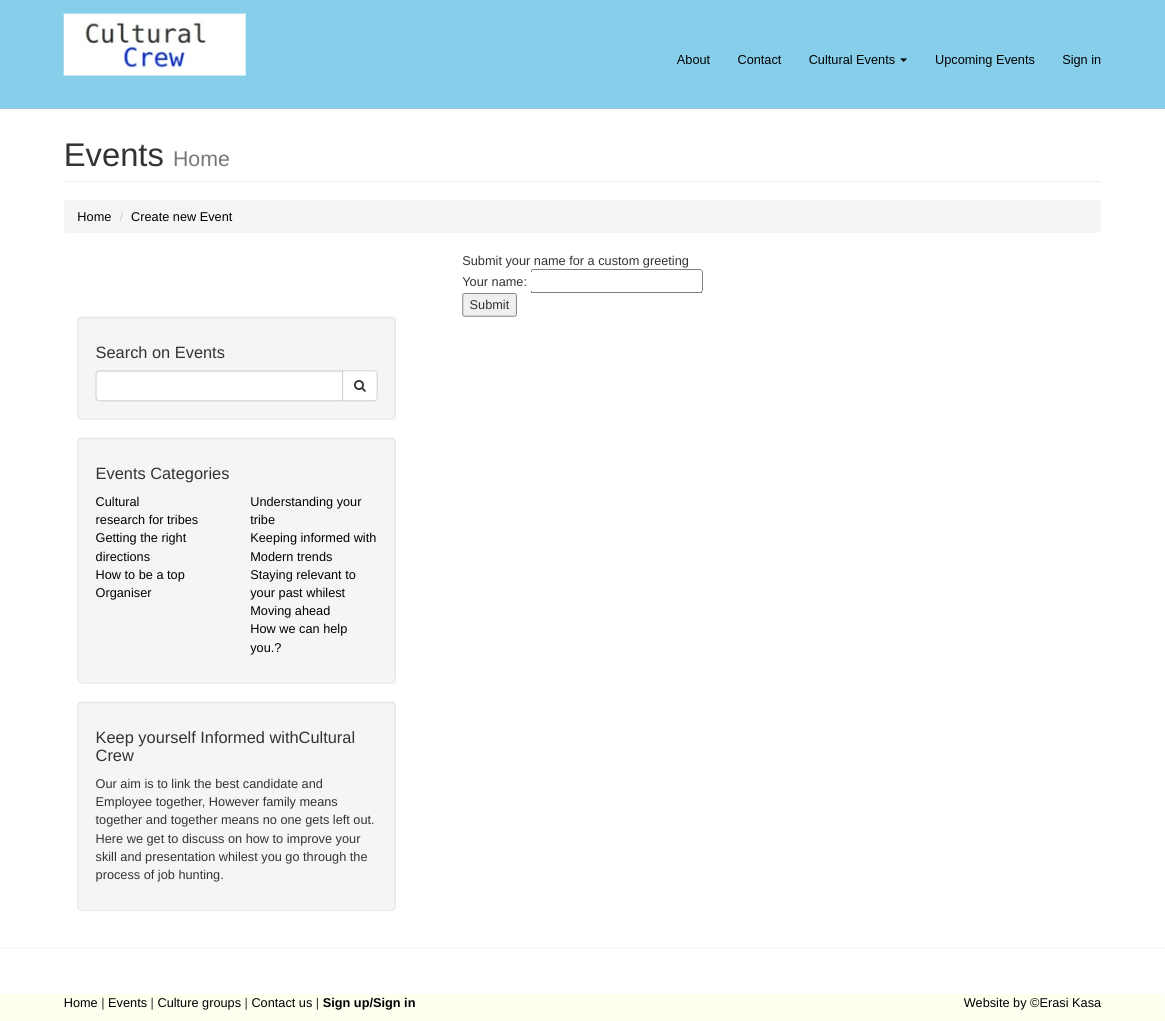
Repository: AriVarsi-Lean/CultEverepo
Page: http://localhost/OCBCDLessonWeb/helloworld/helloworld.jsp
An editor plug-in stored every save of this project. The page is shown before and after the next save, followed by the edit.
The browser window is 1280 px wide. The pictures show the whole page, at 91% of full size.
The page is served by Tomcat 9. Other server files are loaded and not shown. The template is opened directly, without the code that normally fills it, so the values that code supplies are empty.

Above is the page before, as saved 2016-09-07 08:51:07.

### OCBCDWorkspace/OCBCDLessonWeb/WebContent/helloworld/helloworld.jsp
<%@ page language="java" contentType="text/html; charset=UTF-8"
    pageEncoding="UTF-8"%>
<%@ taglib uri="http://java.sun.com/jsp/jstl/core" prefix="c" %>
<!DOCTYPE html>
<html lang="en">

<head>

    <meta charset="utf-8">
    <meta http-equiv="X-UA-Compatible" content="IE=edge">
    <meta name="viewport" content="width=device-width, initial-scale=1">
    <meta name="description" content="">
    <meta name="author" content="">

    <title>Cultural Crew Template</title>
    <link rel="icon" type="image/png" href="images/emergeicon.png" />
    <!-- Bootstrap Core CSS -->
    <link href="css/bootstrap.min.css" rel="stylesheet">

    <!-- Custom CSS -->
    <link href="css/modern-business.css" rel="stylesheet">

    <!-- Custom Fonts -->
    <link href="font-awesome/css/font-awesome.min.css" rel="stylesheet" type="text/css">

    <!-- HTML5 Shim and Respond.js IE8 support of HTML5 elements and media queries -->
    <!-- WARNING: Respond.js doesn't work if you view the page via file:// -->
    <!--[if lt IE 9]>
        <script src="https://oss.maxcdn.com/libs/html5shiv/3.7.0/html5shiv.js"></script>
        <script src="https://oss.maxcdn.com/libs/respond.js/1.4.2/respond.min.js"></script>
    <![endif]-->

</head>

<body >
 <!-- Navigation -->
    <nav style="font-size:20;font-family: Arial, Helvetica, sans-serif;" class="navbar navbar-inverse navbar-fixed-top" role="navigation">
        <div class="container">
            <!-- Brand and toggle get grouped for better mobile display -->
            <div class="navbar-header">
                <button type="button" class="navbar-toggle" data-toggle="collapse" data-target="#bs-example-navbar-collapse-1">
                    <span class="sr-only">Toggle navigation</span>
                    <span class="icon-bar"></span>
                    <span class="icon-bar"></span>
                    <span class="icon-bar"></span>
                </button>
                <a class="navbar-brand" href="index.jsp"> <img src="images/logo.jpg" alt=""> </a>
            </div>
            <br> <br>
            <!-- Collect the nav links, forms, and other content for toggling -->
            <div class="collapse navbar-collapse" id="bs-example-navbar-collapse-1">
                 <ul class="nav navbar-nav navbar-right">
                    <li>
                        <a href="about.jsp">About</a>
                    </li>

                    <li>
                        <a href="contact.jsp">Contact</a>
                    </li>
                    <li class="dropdown">
                        <a href="#" class="dropdown-toggle" data-toggle="dropdown">Cultural Events <b class="caret"></b></a>
                        <ul class="dropdown-menu">
                            <li>
                                <a href="">Mariental</a>
                            </li>
                            <li>
                                <a href="">Gobabis</a>
                            </li>
                            <li>
                                <a href="">Windhoek</a>
                            </li>
                            <li>
                                <a href="">Walvis Bay</a>
                            </li>
                            <li>
                                <a href="">Keetmanshop</a>
                            </li>
                            <li>
                                <a href="">Oshakati</a>
                            </li>
                            <li>
                                <a href="">Tsumeb</a>
                            </li>
                        </ul>
                    </li>

                    <li>
                        <a href="events.jsp">Upcoming Events</a>
                    </li>
                    <li>
                        <a href="signin.jsp">Sign in </a>
                    </li>

                </ul>
            </div>
            <!-- /.navbar-collapse -->
        </div>
        <!-- /.container -->
    </nav>

    <br>    <br> <br>

    <!-- Page Content -->
    <div class="container">

        <!-- Page Heading/Breadcrumbs -->
        <div class="row">
            <div class="col-lg-12">
                <h1 class="page-header">Events
                    <small>Home</small>
                </h1>
                <ol class="breadcrumb">
                    <li><a href="index.jsp">Home</a>
                    </li>
                    <li class="active"><a href="createEvent.jsp">Create new Event</a></li>
                </ol>
            </div>
        </div>
        <!-- /.row -->

        <div class="row" >
		<form action="/OCBCDLessonWeb/HelloWorldEJBServlet">

			<table align="center">

				<c:if test="{$not empty requestScope.error}">
					<tr><td>Unexpected Error1 : <c:out value="${requestScope.error}" /></td></tr>
				</c:if>

				<!--JSTL not playing nicely. If you can figure out why the line below does not work let me know.-->
				<!--  c:if test='{$!empty greeting}'-->
				<c:if test='<%=request.getAttribute("greeting")!= null && !"".equals(request.getAttribute("greeting")) %>'>
					<tr><td><font color="red"><c:out value="${greeting}" /></font></td></tr>
				</c:if>

				<tr><td>Submit your name for a custom greeting</td></tr>
				<tr><td>Your name: <input type="text" name="name"></td></tr>
				<tr><td><input type="submit"></td></tr>
			</table>
		</form>  </div>

            <!-- Events Sidebar Widgets Column -->
            <div class="col-md-4">

                <!-- Events Search Well -->
                <div class="well">
                    <h4>Search on Events </h4>
                    <div class="input-group">
                        <input type="text" class="form-control">
                        <span class="input-group-btn">
                            <button class="btn btn-default" type="button"><i class="fa fa-search"></i></button>
                        </span>
                    </div>
                    <!-- /.input-group -->
                </div>

                <!-- Events Categories Well -->
                <div class="well">
                    <h4>Events Categories</h4>
                    <div class="row">
                        <div class="col-lg-6">
                            <ul class="list-unstyled">
                                <li><a href="#">Cultural</a>
                                </li>
                                <li><a href="#">research for tribes</a>
                                </li>
                                <li><a href="#">Getting the right directions</a>
                                </li>
                                <li><a href="#">How to be a top Organiser</a>
                                </li>
                            </ul>
                        </div>
                        <!-- /.col-lg-6 -->
                        <div class="col-lg-6">
                            <ul class="list-unstyled">
                                <li><a href="#">Understanding your tribe</a>
                                </li>
                                <li><a href="#">Keeping informed with Modern trends</a>
                                </li>
                                <li><a href="#">Staying relevant to your past  whilest Moving ahead</a>
                                </li>
                                <li><a href="#">How we can help you.?</a>
                                </li>
                            </ul>
                        </div>
                        <!-- /.col-lg-6 -->
                    </div>
                    <!-- /.row -->
                </div>

                <!-- Side Widget Well -->
                <div class="well">
                    <h4>Keep yourself Informed withCultural Crew</h4>
                    <p>Our aim is to link the best candidate and Employee together,
                        However family means together and together  means no one gets left out.
                         Here we get to discuss on how to improve your skill and presentation whilest you go through the process
                         of job hunting.</p>
                </div>

            </div>

        </div>
        <!-- /.row -->

        <hr>

        <!-- Footer -->
         <footer>
            <div class="container">
				<div class="row">

					<div class="col-md-6 widget">
						<div class="widget-body">
							<p class="simplenav">
							<a href="#">Home</a> |
								<a href="">Events</a> |
								<a href="">Culture groups</a> |
								<a href="">Contact us</a> |
								<b><a href="">Sign up/Sign in</a></b>
							</p>
						</div>
					</div>

					<div class="col-md-6 widget">


                    <p class="text-right">
                        <a href=""> Website by  &copy;Erasi Kasa</a>
                    </p>
                </div>
            </div>
            </div>
        </footer>

    <!-- /.container -->

    <!-- jQuery -->
    <script src="js/jquery.js"></script>

    <!-- Bootstrap Core JavaScript -->
    <script src="js/bootstrap.min.js"></script>

</body>

</html>

### OCBCDWorkspace/OCBCDLessonWeb/WebContent/helloworld/css/modern-business.css
/*!
 * Start Bootstrap - Modern Business HTML Template (http://startbootstrap.com)
 * Code licensed under the Apache License v2.0.
 * For details, see http://www.apache.org/licenses/LICENSE-2.0.
 */

/* Global Styles */

html,
body {
    height: 100%;
}

body {
    padding-top: 50px; /* Required padding for .navbar-fixed-top. Remove if using .navbar-static-top. Change if height of navigation changes. */
}

.img-portfolio {
    margin-bottom: 30px;
}

.img-hover:hover {
    opacity: 0.8;
}

/* Home Page Carousel */

header.carousel {
    height: 50%;
}

header.carousel .item,
header.carousel .item.active,
header.carousel .carousel-inner {
    height: 100%;
}

header.carousel .fill {
    width: 100%;
    height: 100%;
    background-position: center;
    background-size: cover;
}

/* 404 Page Styles */

.error-404 {
    font-size: 100px;
}

/* Pricing Page Styles */

.price {
    display: block;
    font-size: 50px;
    line-height: 50px;
}

.price sup {
    top: -20px;
    left: 2px;
    font-size: 20px;
}

.period {
    display: block;
    font-style: italic;
}

/* Footer Styles */

footer {
    margin: 50px 0;
        background-color: ivory;
}

/* Responsive Styles */

@media(max-width:991px) {
    .customer-img,
    .img-related {
        margin-bottom: 30px;
    }
}

@media(max-width:767px) {
    .img-portfolio {
        margin-bottom: 15px;
    }

    header.carousel .carousel {
        height: 70%;
    }
}

#owl-demo .item{
  margin: 3px;
}
#owl-demo .item img{
  display: block;
  width: 100%;
  height: auto;
}

Loaded but not shown: OCBCDWorkspace/OCBCDLessonWeb/WebContent/helloworld/css/bootstrap.min.css (library); OCBCDWorkspace/OCBCDLessonWeb/WebContent/helloworld/font-awesome/css/font-awesome.min.css (library); OCBCDWorkspace/OCBCDLessonWeb/WebContent/helloworld/js/jquery.js (library); OCBCDWorkspace/OCBCDLessonWeb/WebContent/helloworld/js/bootstrap.min.js (library)

After the next save:
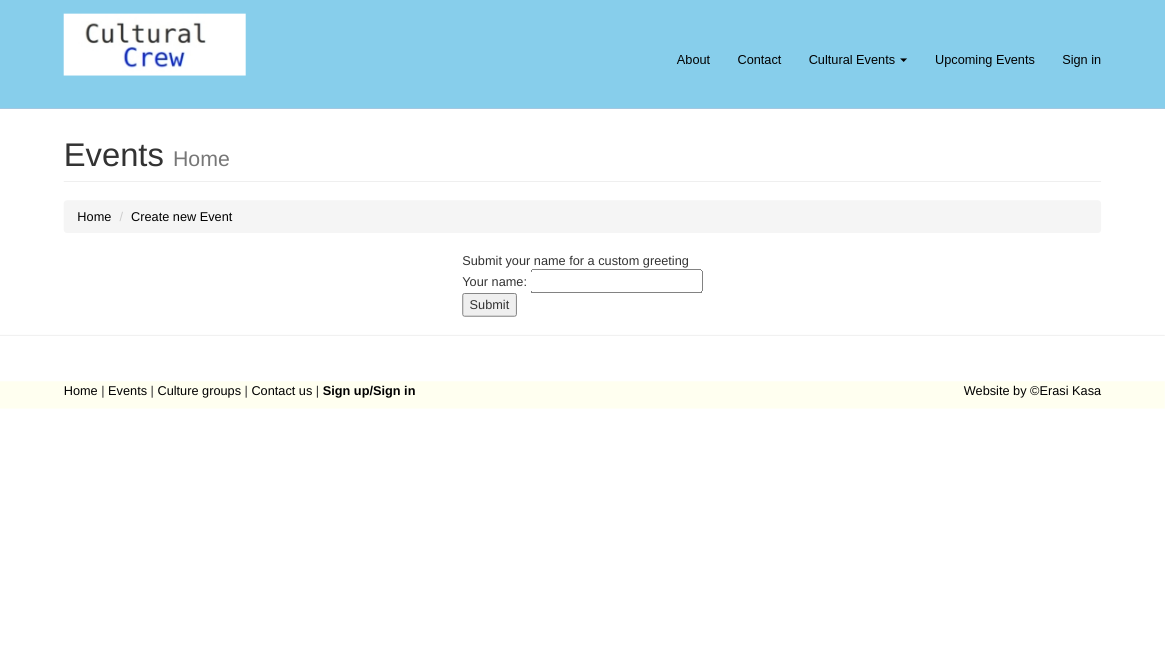
Saved 83 s later.
--- a/OCBCDWorkspace/OCBCDLessonWeb/WebContent/helloworld/helloworld.jsp
+++ b/OCBCDWorkspace/OCBCDLessonWeb/WebContent/helloworld/helloworld.jsp
@@ -139,63 +139,6 @@
 			</table>
 		</form>  </div>
 
-            <!-- Events Sidebar Widgets Column -->
-            <div class="col-md-4">
-
-                <!-- Events Search Well -->
-                <div class="well">
-                    <h4>Search on Events </h4>
-                    <div class="input-group">
-                        <input type="text" class="form-control">
-                        <span class="input-group-btn">
-                            <button class="btn btn-default" type="button"><i class="fa fa-search"></i></button>
-                        </span>
-                    </div>
-                    <!-- /.input-group -->
-                </div>
-
-                <!-- Events Categories Well -->
-                <div class="well">
-                    <h4>Events Categories</h4>
-                    <div class="row">
-                        <div class="col-lg-6">
-                            <ul class="list-unstyled">
-                                <li><a href="#">Cultural</a>
-                                </li>
-                                <li><a href="#">research for tribes</a>
-                                </li>
-                                <li><a href="#">Getting the right directions</a>
-                                </li>
-                                <li><a href="#">How to be a top Organiser</a>
-                                </li>
-                            </ul>
-                        </div>
-                        <!-- /.col-lg-6 -->
-                        <div class="col-lg-6">
-                            <ul class="list-unstyled">
-                                <li><a href="#">Understanding your tribe</a>
-                                </li>
-                                <li><a href="#">Keeping informed with Modern trends</a>
-                                </li>
-                                <li><a href="#">Staying relevant to your past  whilest Moving ahead</a>
-                                </li>
-                                <li><a href="#">How we can help you.?</a>
-                                </li>
-                            </ul>
-                        </div>
-                        <!-- /.col-lg-6 -->
-                    </div>
-                    <!-- /.row -->
-                </div>
-
-                <!-- Side Widget Well -->
-                <div class="well">
-                    <h4>Keep yourself Informed withCultural Crew</h4>
-                    <p>Our aim is to link the best candidate and Employee together,
-                        However family means together and together  means no one gets left out.
-                         Here we get to discuss on how to improve your skill and presentation whilest you go through the process
-                         of job hunting.</p>
-                </div>
 
             </div>
 
